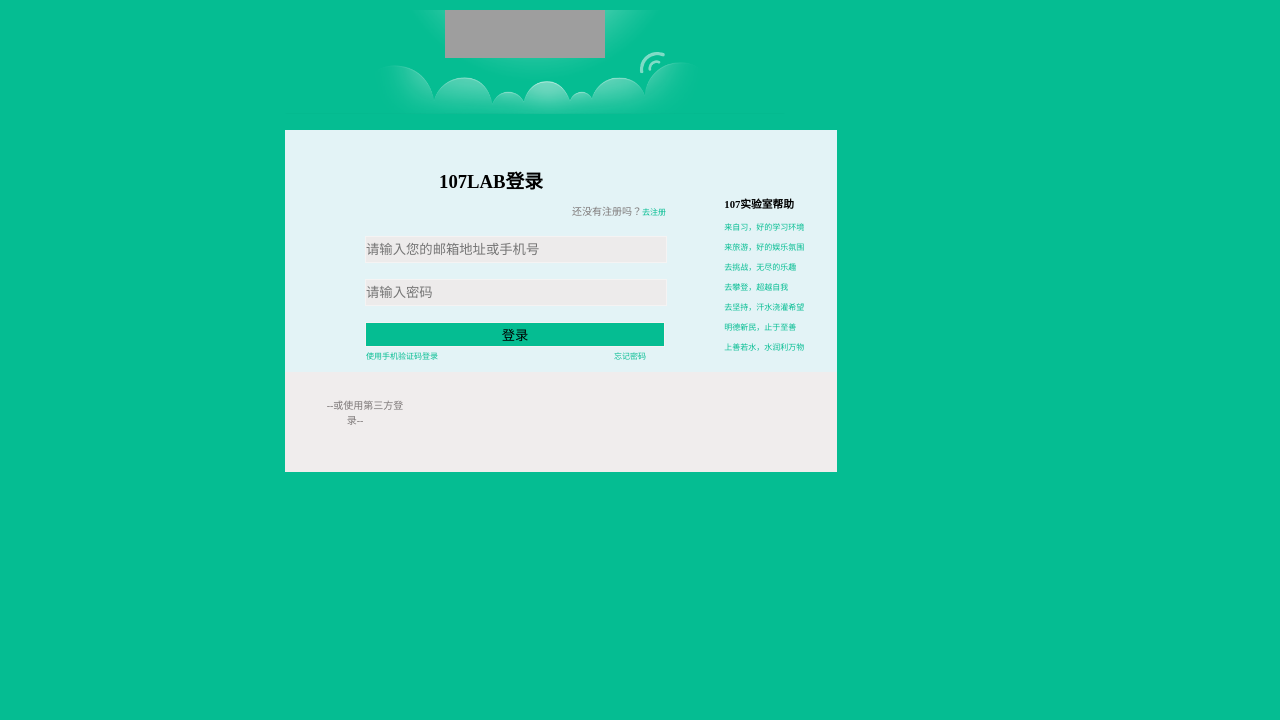
Repository: zz-yy/2023_homework
Page: 第一次考核作业/mazehua/index.html
The author's editor kept a copy of each file at every save. The page is drawn from the files as they stood at one save, then again after the next save.
The browser window is 1280 px wide. The pictures show the whole page.
Pictures or frames that could not be fetched are drawn as grey boxes.

Above is the page before, as saved 2024-04-05 15:03:02.

### 第一次考核作业/mazehua/index.html
<!DOCTYPE html>
<html lang="en">

<head>
    <meta charset="UTF-8">
    <meta http-equiv="X-UA-Compatible" content="IE=edge">
    <meta name="viewport" content="width=device-width, initial-scale=1.0">
    <title>107LAB登录</title>
    <!--引入css样式表-->
    <link rel="stylesheet" href="index.css">
    <!--引入图标样式-->
    <link rel="stylesheet" href="./iconfont.css">

</head>

<body>

    <div class="logbj">
        <div class="logo"><img src="./images/logo.png"></div><br>
    </div>

    <div class="login">
        <ul class="left">
            <li>

                    <h3>107LAB登录</h3>
                    <span class="tishi">还没有注册吗？<a href="#">去注册</a></span>



                <form action="#">
                    <input type="text" placeholder="请输入您的邮箱地址或手机号" name="text"><br>
                    <input type="password" placeholder="请输入密码" name="psd"><br>
                    <input class="sub" type="submit" value="登录">
                </form>
                <div class="forget"><span class="L"><a href="#">使用手机验证码登录</a> </span> <span class="R"><a
                            href="#">忘记密码</a></span></div>
            </li>
        </ul>
        <ul class="right">
            <li>
                <h6>107实验室帮助</h6>
            </li>
            <li> <a href="#">来自习，好的学习环境</a></li>
            <li> <a href="#">来旅游，好的娱乐氛围</a></li>
            <li><a href="#">去挑战，无尽的乐趣</a></li>
            <li><a href="#">去攀登，超越自我</a></li>
            <li><a href="#">去坚持，汗水浇灌希望</a></li>
            <li><a href="#">明德新民，止于至善</a></li>
            <li><a href="#">上善若水，水润利万物</a></li>
        </ul>


    </div>
    <div class="third">
        <ul class="third-left">
            <li><span>--或使用第三方登录--</span></li>
            <li></li>
        </ul>
        <ul class="third-right"></ul>
    </div>

</body>

</html>

### 第一次考核作业/mazehua/index.css
* {
    margin: 0px;
    padding: 0px;
    user-select: none;
}

body {

    background: rgb(5, 189, 146);
    float: left;

}

.logbj {
    background-image: url(/images/bg_reg_wave.png);
    background-repeat: no-repeat;
    background-size: 500px;

    width: 550px;
    height: 100px;
    margin: 10px 50%;

    padding: 10px 10px;
}

.logo {
    height: 60px;
    width: 200px;
    margin: 10px 120px;

}

.logo img {
    width: 80%;
    height: 80%;
    position: relative;
    left: 30px;
    top: -20px;
}

.login {
    display: flex;
    height: 250px;
    width: 550px;
    margin: -10px 50%;
    padding: 1px;
    background: #e3f3f6;

}

h3 {
    text-align: center;

}

li {
    width: 90px;
    height: 10px;
    list-style: none;
    position: relative;
    margin: 10px;
}

a {
    text-decoration: none;

}

.tishi {
    float: right;
    font-size: 10px;
    color: #7e7979;
    margin: 10px 0px;
}

a {
    font-size: 8px;
    color: rgb(5, 189, 146);
}

.left {
    width: 400px;
    height: 220px;
    margin: 20px 10px;
    float: left;
    padding: 5px 10px;
}

.left li {
    width: 350px;
    height: 200px;
    margin: 10px 10px;
    float: left;
}

form {
    height: 140px;
    width: 330px;
    margin: 10px 40px;
    padding: 1px;


}

input {
    margin: 8px;
    width: 300px;
    height: 25px;
    outline-style: none;
    background: rgb(237, 235, 235);
    border: 1px solid rgb(245, 243, 243);
}

.sub {
    background: rgb(5, 189, 146);
}

.right {
    height: 220px;
    width: 120px;
    float: right;
    padding: 5px;
    margin: 50px 2.5px;
}

.forget {
    width: 280px;
    height: 20px;
    margin: -10px 50px;
}

.L {
    float: left;
}

.R {
    float: right;
}

.third {
    display: flex;
    width: 552px;
    height: 100px;
    background: rgb(240, 237, 237);
    position: relative;
    top: 0px;
    left: 50%;
    font-size: 10px;
    color: #7e7979;
    text-align: center;
}



.third-left {
    width: 400px;
    height: 80px;
    margin: 10px 10px;
    float: left;
    padding: 5px 10px;
}

.third-right {
    height: 80px;
    width: 120px;
    float: right;
    padding: 5px;
    margin: 10px 2.5px;
}
.third-left li{
    margin: 50;
}
.third span {
    text-align: center;
    width: 552px;
    height: 30px;
    padding: 10px;
}

### 第一次考核作业/mazehua/iconfont/iconfont.css
@font-face {
  font-family: "iconfont"; /* Project id  */
  src: url('iconfont.ttf?t=1712408906963') format('truetype');
}

.iconfont {
  font-family: "iconfont" !important;
  font-size: 16px;
  font-style: normal;
  -webkit-font-smoothing: antialiased;
  -moz-osx-font-smoothing: grayscale;
}

.icon-qq:before {
  content: "\e66a";
}

.icon-weixin:before {
  content: "\e633";
}

.icon-zhanghu:before {
  content: "\e62b";
}

.icon-weixin1:before {
  content: "\e64b";
}

.icon-qq-copy:before {
  content: "\e658";
}

.icon-QQ:before {
  content: "\e73e";
}

.icon-GitHub:before {
  content: "\ea0a";
}

.icon-Oracle:before {
  content: "\ea23";
}

.icon-QQ1:before {
  content: "\e882";
}

.icon-zaixianlianxi:before {
  content: "\e6a7";
}

.icon-QQkongjian:before {
  content: "\e666";
}

.icon-QQ2:before {
  content: "\e667";
}

.icon-search:before {
  content: "\e611";
}

.icon-qq1:before {
  content: "\e636";
}

.icon-weixin2:before {
  content: "\e782";
}

.icon-weixin3:before {
  content: "\e607";
}

.icon-QQ3:before {
  content: "\ea94";
}

After the next save:
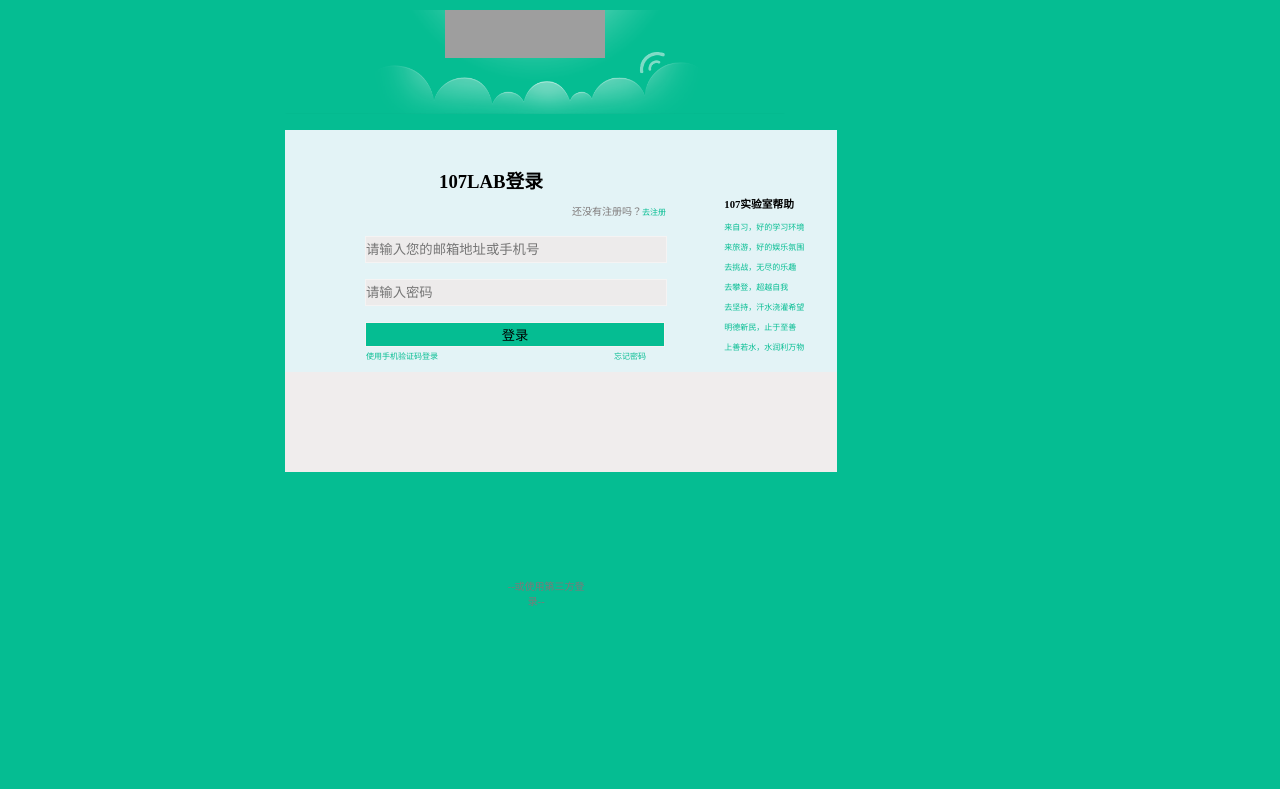
Saved 2 s later.
--- a/第一次考核作业/mazehua/index.css
+++ b/第一次考核作业/mazehua/index.css
@@ -168,7 +168,7 @@
     margin: 10px 2.5px;
 }
 .third-left li{
-    margin: 50;
+    margin: 50%;
 }
 .third span {
     text-align: center;

After the 2 saves that followed:
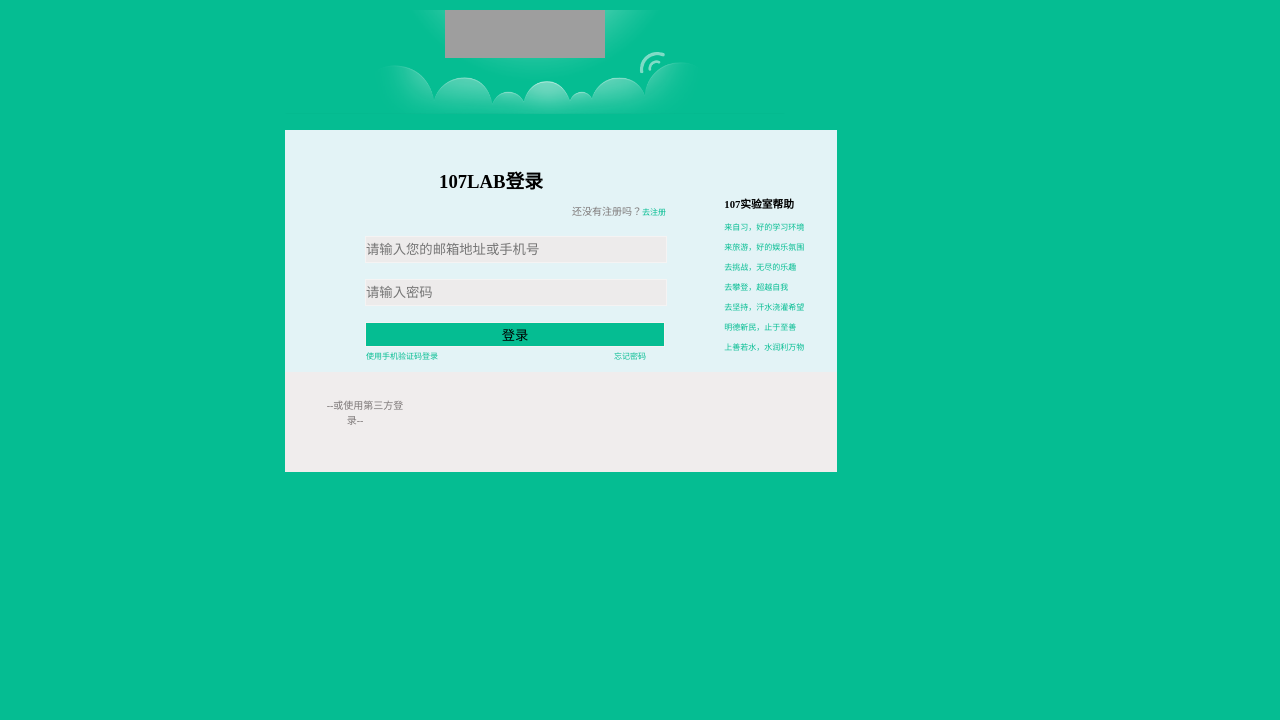
The 2 saves are shown as one change because 1 left the picture as it was.
The last was saved 7 s later.
--- a/第一次考核作业/mazehua/index.css
+++ b/第一次考核作业/mazehua/index.css
@@ -168,7 +168,8 @@
     margin: 10px 2.5px;
 }
 .third-left li{
-    margin: 50%;
+    margin: 50% 50;
+
 }
 .third span {
     text-align: center;
